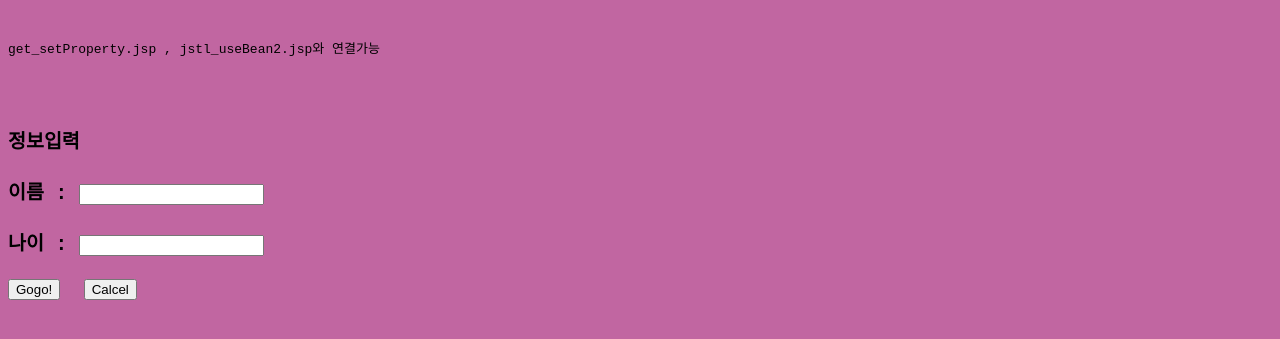
Repository: violetaplum/eclipseJSP
Page: http://localhost/JSP/jstl_useBean.jsp
These files come from the project's save history. The page is drawn as it stood at one moment and after the next save; the edit follows.
The browser window is 1280 px wide. The pictures show the whole page.
The page is served by Tomcat 9. Other server files are loaded and not shown.

Above is the page before, as saved 2019-06-10 11:27:52.

### JSP/WebContent/jstl_useBean.jsp
<%@ page language="java" contentType="text/html; charset=UTF-8"
    pageEncoding="UTF-8"%>
<%@ taglib uri="http://java.sun.com/jsp/jstl/core" prefix="c"%>

<html>
<head>
<meta http-equiv="Content-Type" content="text/html; charset=UTF-8">
  <style>
  body
  {
    background: #c166a1;

  }
  </style>

</head>
<body>
  <pre>
<form action="get_setProperty.jsp" method="post">

get_setProperty.jsp , jstl_useBean2.jsp와 연결가능

  <h2>
정보입력

이름 : <input type="text" name="name"/>

나이 : <input type="text" name="age"/>

<input type="submit" value="Gogo!" />  <input type="reset" value="Calcel" />

  </h2>
  </form>
</pre>
</body>
</html>

After the next save:
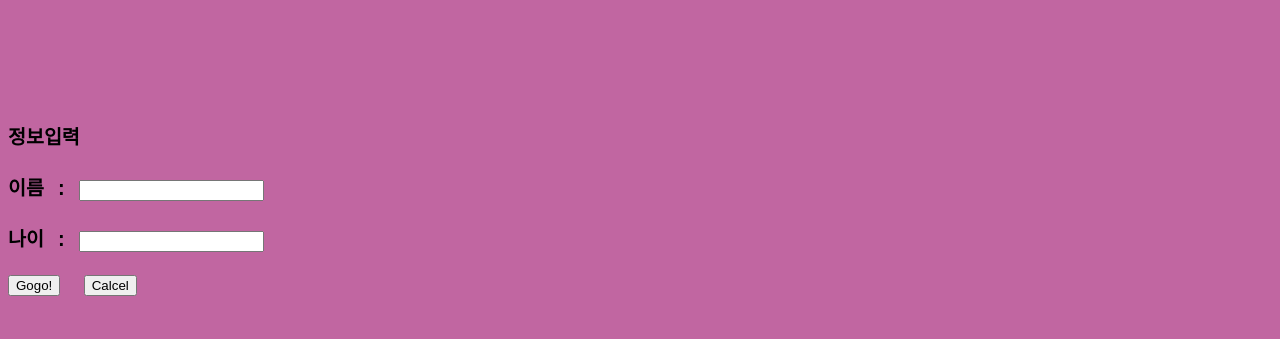
Saved 4 s later.
--- a/JSP/WebContent/jstl_useBean.jsp
+++ b/JSP/WebContent/jstl_useBean.jsp
@@ -16,9 +16,9 @@
 </head>
 <body>
   <pre>
-<form action="get_setProperty.jsp" method="post">
+<form action="jstl_get_setProperty.jsp" method="post">
 
-get_setProperty.jsp , jstl_useBean2.jsp와 연결가능
+<!-- jstl_get_setProperty.jsp , jstl_useBean2.jsp와 연결가능 -->
 
   <h2>
 정보입력
